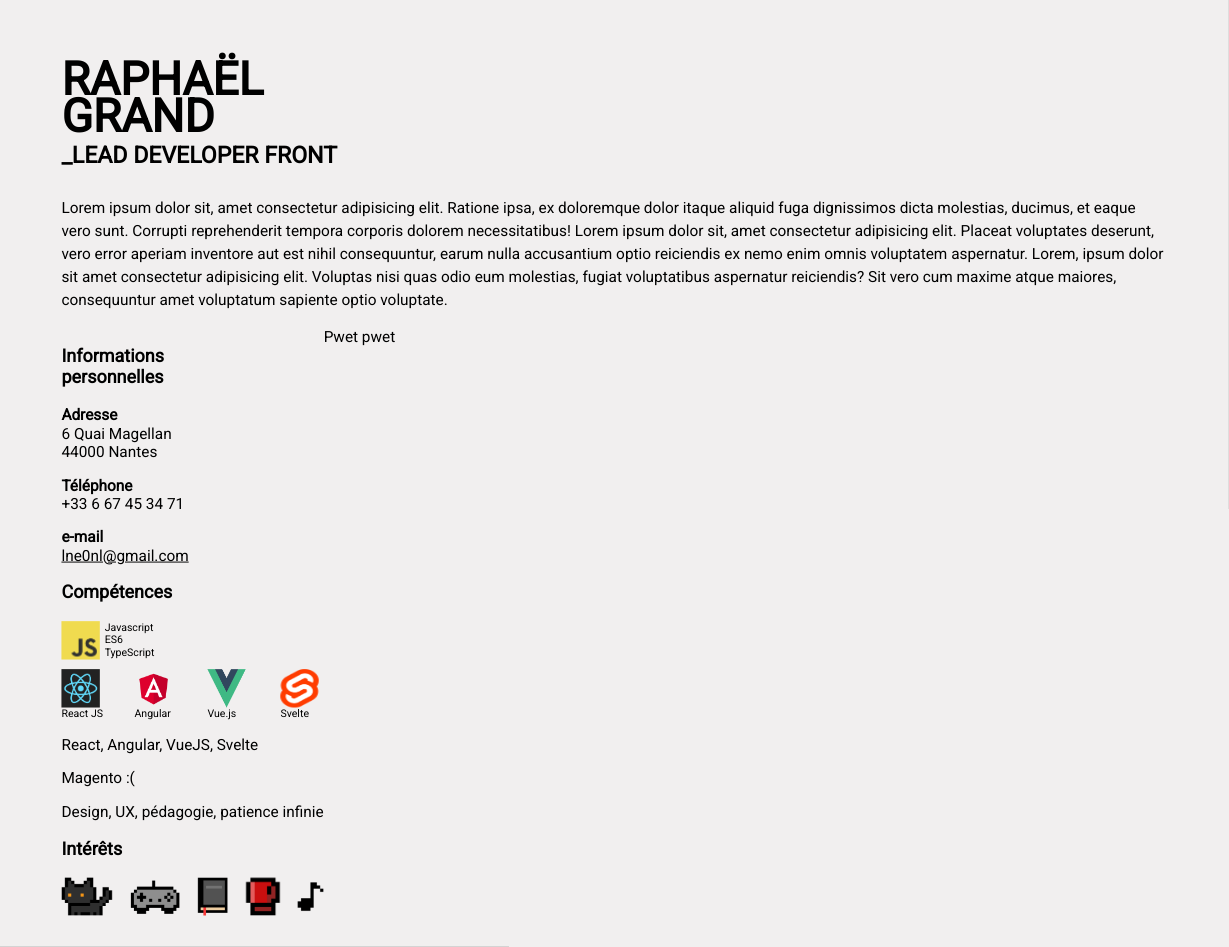
Repository: lne0nl/resume
Page: index.html
An editor plug-in stored every save of this project. The page is shown before and after the next save, followed by the edit.
The browser window is 1280 px wide. The pictures show the whole page, at 96% of full size.

Above is the page before, as saved 2021-12-10 11:30:43.

### index.html
<!DOCTYPE html>
<html lang="fr">
  <head>
    <meta charset="UTF-8" />
    <meta http-equiv="X-UA-Compatible" content="IE=edge" />
    <meta name="viewport" content="width=device-width, initial-scale=1.0" />
    <link rel="preconnect" href="https://fonts.googleapis.com" />
    <link rel="preconnect" href="https://fonts.gstatic.com" crossorigin />
    <link
      href="https://fonts.googleapis.com/css2?family=Roboto&display=swap"
      rel="stylesheet"
    />
    <link rel="stylesheet" type="text/css" href="style.css" />
    <title>CV Raphaël GRAND</title>
  </head>
  <body>
    <header>
      <h1>Raphaël<br />GRAND</h1>
      <h2>_Lead developer front</h2>
      <p class="bio">
        Lorem ipsum dolor sit, amet consectetur adipisicing elit. Ratione ipsa,
        ex doloremque dolor itaque aliquid fuga dignissimos dicta molestias,
        ducimus, et eaque vero sunt. Corrupti reprehenderit tempora corporis
        dolorem necessitatibus! Lorem ipsum dolor sit, amet consectetur
        adipisicing elit. Placeat voluptates deserunt, vero error aperiam
        inventore aut est nihil consequuntur, earum nulla accusantium optio
        reiciendis ex nemo enim omnis voluptatem aspernatur. Lorem, ipsum dolor
        sit amet consectetur adipisicing elit. Voluptas nisi quas odio eum
        molestias, fugiat voluptatibus aspernatur reiciendis? Sit vero cum
        maxime atque maiores, consequuntur amet voluptatum sapiente optio
        voluptate.
      </p>
    </header>
    <div class="core">
      <section class="infos">
        <article>
          <h3>Informations<br />personnelles</h3>
          <ul>
            <li title="address">
              <b>Adresse</b><br />
              6 Quai Magellan<br />44000 Nantes
            </li>
            <li title="phone">
              <b>Téléphone</b><br />
              +33 6 67 45 34 71
            </li>
            <li title="mail">
              <b>e-mail</b><br />
              <a href="mailto:lne0nl@gmail.com">lne0nl@gmail.com</a>
            </li>
          </ul>
        </article>
        <article>
          <h3>Compétences</h3>
          <div class="skills">
            <img class="logo" src="images/js.png" alt="Javascript" title="Javascript">
            Javascript<br>ES6<br>TypeScript<br>
          </div>
          <div class="frameworks">
            <div>
              <img class="logo" src="images/react.png" alt="React Js" title="React Js">
              React JS
            </div>
            <div>
              <img class="logo" src="images/angular.png" alt="Angular" title="Angular">
              Angular
            </div>
            <div>
              <img class="logo" src="images/vue.png" alt="Vue.hs" title="Vue.js">
              Vue.js
            </div>
            <div>
              <img class="logo" src="images/svelte.png" alt="Svelte" title="Svelte">
              Svelte
            </div>
          </div>
          <ul>
            <li>
            </li>
            <li>React, Angular, VueJS, Svelte</li>
            <li>Magento :(</li>
            <li>Design, UX, pédagogie, patience infinie</li>
          </ul>
        </article>
        <article>
          <h3>Intérêts</h3>
          <div class="interests">
            <img class="cat" src="images/cat.png" alt="animals" title="Animaux">
            <img class="pad" src="images/pad.png" alt="video games" title="Jeux Vidéo">
            <img class="book" src="images/book.png" alt="book" title="Littérature">
            <img class="glove" src="images/gloves.png" alt="boxing gloves" title="Boxe Française">
            <img class="note" src="images/music.png" alt="music" title="Musique">
          </div>
          <!-- <ul class="interests">
            <li title="Animaux"><img src="images/cat.png" alt="animals"></li>
            <li title="Jeux vidéo"><img src="images/pad.png" alt="video games"></li>
            <li title="Littérature">Littérature</li>
            <li title="Musique">Musique</li>
            <li title="Boxe Française">Boxe Française</li>
          </ul> -->
        </article>
      </section>
      <section class="resume">Pwet pwet</section>
    </div>
  </body>
</html>

### style.css
html {
  background-color: grey;
}

body {
  margin: 0 auto;
  padding: 2rem 4rem;
  max-width: 1280px;
  background-color: #f1efef;
  font-family: 'Roboto', sans-serif;
}

header {
  position: relative;
}

h1 {
  font-size: 3rem;
  line-height: 0.8;
  text-transform: uppercase;
}

h2 {
  text-align: right;
  position: absolute;
  top: 4rem;
  text-transform: uppercase;
}

a {
  text-decoration: underline;
  color: inherit;
}

a:visited {
  color: inherit;
}

.bio {
  padding-top: 2rem;
  line-height: 1.5;
}

ul {
  list-style: none;
  margin: 0;
  padding: 0;
}

li {
  margin-bottom: 1rem;
}

.core {
  display: flex;
}

.resume {
  flex: 1;
  /* background-color: yellow; */
}

.interests {
  display: flex;
  justify-content: space-between;
  align-items: center;
}

.interests img {
  margin-bottom: 0;
}

.cat {
  height: 40px;
}

.pad {
  height: 35px;
}

.book {
  height: 40px;
}

.glove {
  height: 40px;
}

.note {
  height: 30px;
}

.skills {
  margin-bottom: 10px;
  font-size: 11px;
  display: flex;
}

.logo {
  display: block;
  margin-right: 5px;
  width: 40px;
  height: 40px;
}

.frameworks {
  display: flex;
  justify-content: space-between;
  font-size: 11px;
}

After the next save:
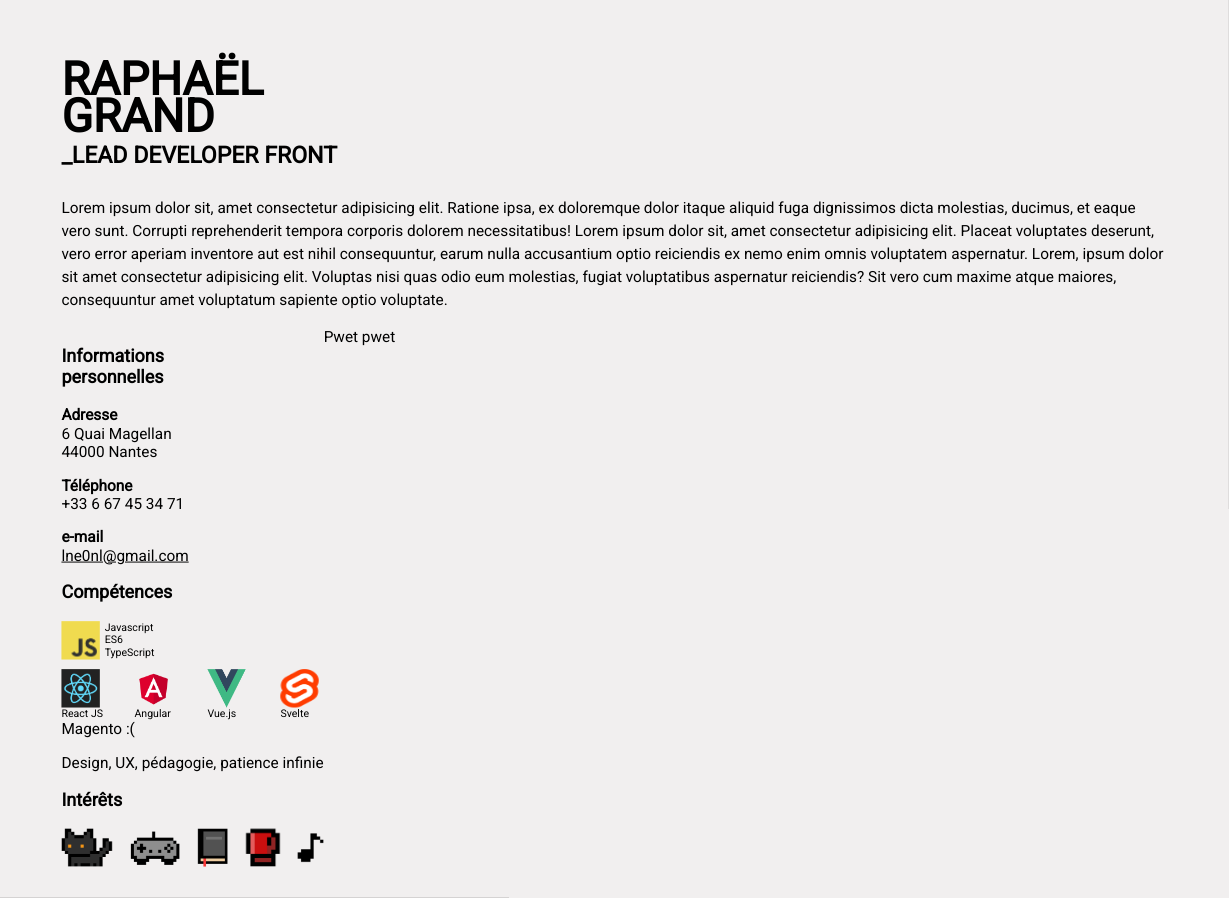
Saved 17 s later.
--- a/index.html
+++ b/index.html
@@ -75,9 +75,6 @@
             </div>
           </div>
           <ul>
-            <li>
-            </li>
-            <li>React, Angular, VueJS, Svelte</li>
             <li>Magento :(</li>
             <li>Design, UX, pédagogie, patience infinie</li>
           </ul>
